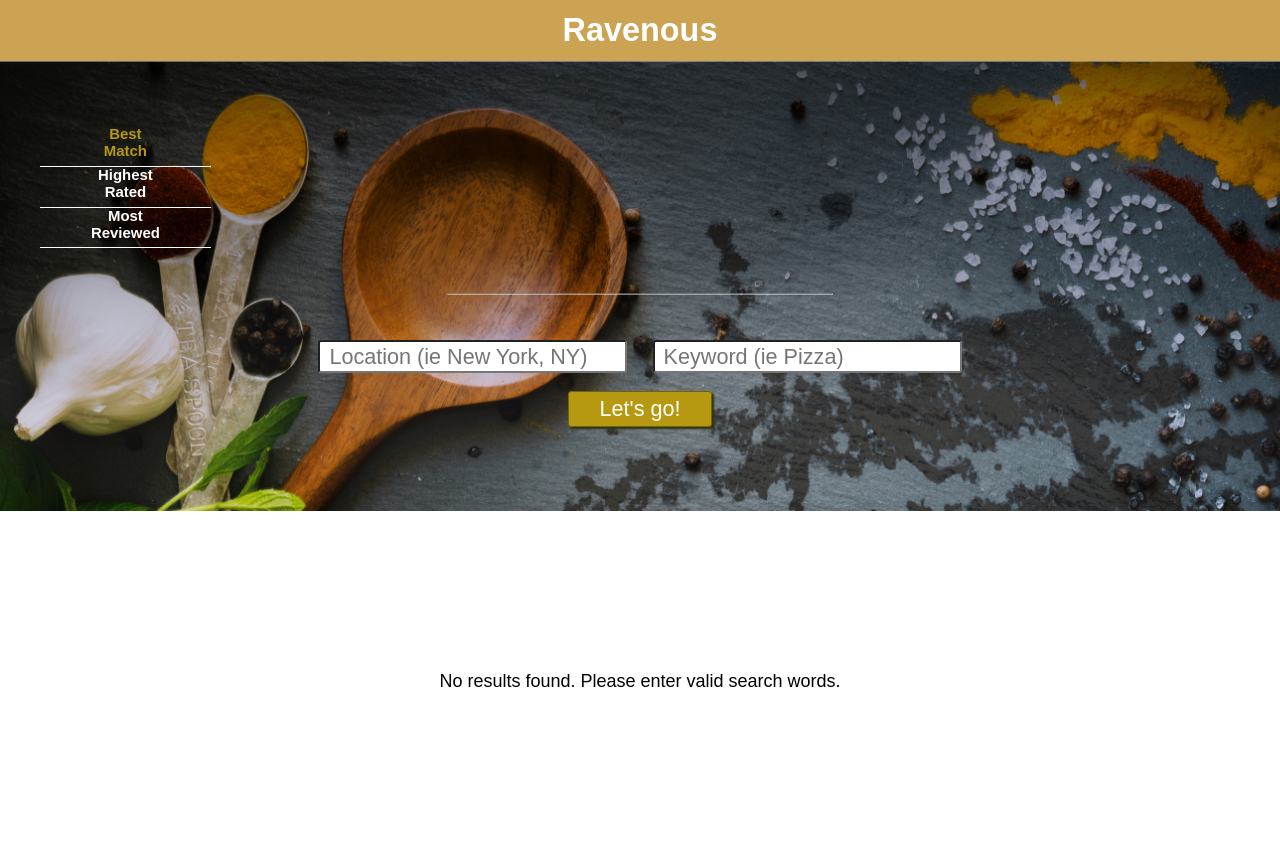
Repository: LolaSL/Ravenous
Page: /
The author's editor kept a copy of each file at every save. The page is drawn from the files as they stood at one save, then again after a run of saves.
The browser window is 1280 px wide. The pictures show the whole page.
The page's requests for data from a server got no answer. The project was rebuilt for these pictures with package versions that can differ from the ones it lists, and the page was loaded fresh each time. No one was signed in, and anything a server would have sent is missing. Also part of the build but not shown: src/Business/Business.js.

Above is the page before, as saved 2024-03-24 12:05:48.

After the next 3 saves:
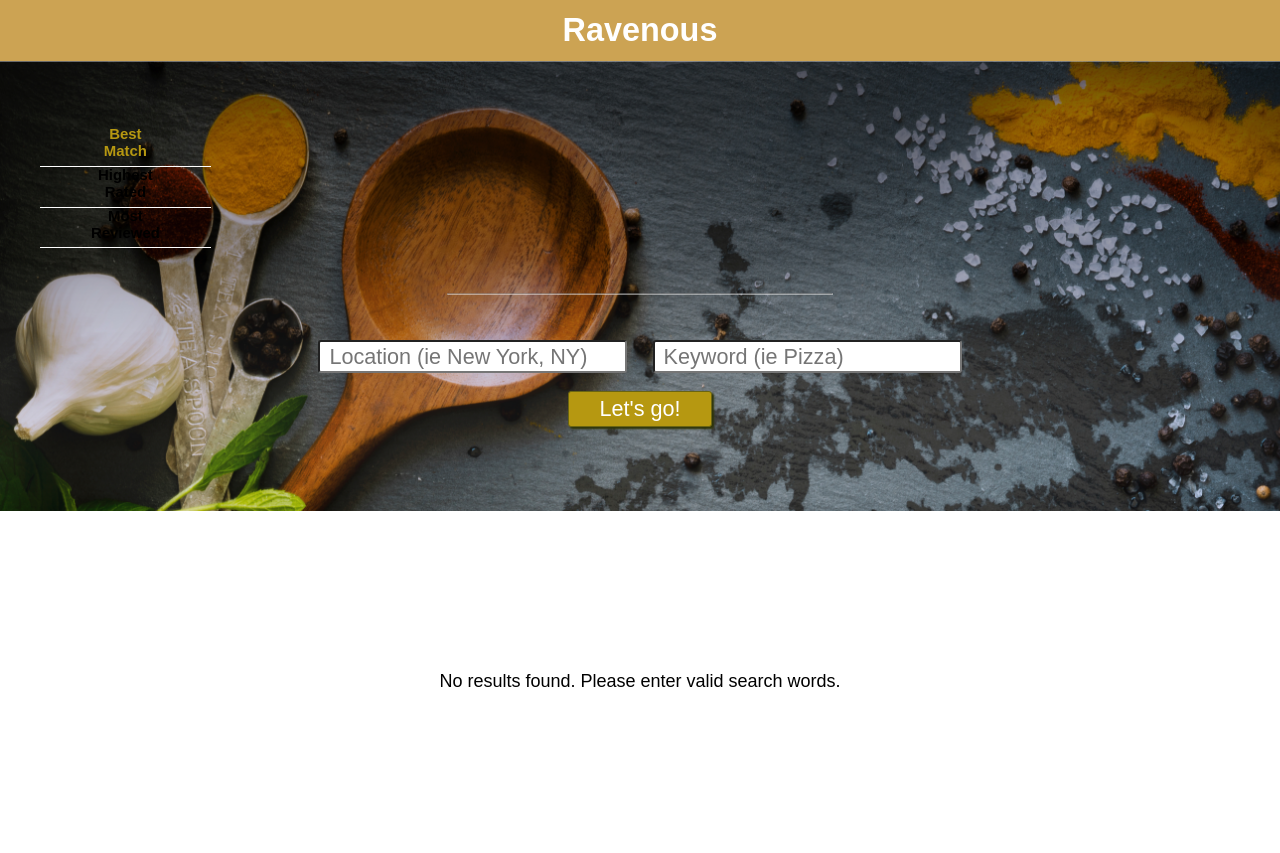
The 3 saves are shown as one change because they came seconds apart.
The last was saved 10 s later.
--- a/src/SearchBar/SearchBar.css
+++ b/src/SearchBar/SearchBar.css
@@ -26,7 +26,7 @@
   font-size: 0.83rem;
   transition: color 0.25s;
   list-style: none;
-  color: white;
+  color: white transparent;
 }
 
 #sort-options li:hover {
